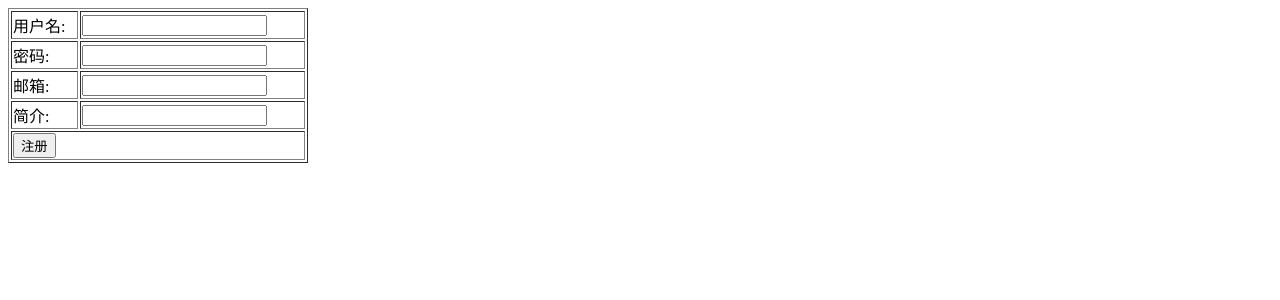
Repository: ChengqunYang/JAVA
Page: http://localhost/ajax/Demo03.jsp
These files come from the project's save history. The page is drawn as it stood at one moment and after the next save; the edit follows.
The browser window is 1280 px wide. The pictures show the whole page.
The page is served by Tomcat 9. Other server files are loaded and not shown.

Above is the page before, as saved 2019-04-22 10:33:11.

### ajax/WebContent/Demo03.jsp
<%@ page language="java" contentType="text/html; charset=UTF-8"
	pageEncoding="UTF-8"%>
<!DOCTYPE html PUBLIC "-//W3C//DTD HTML 4.01 Transitional//EN" "http://www.w3.org/TR/html4/loose.dtd">
<html>
<head>
<meta http-equiv="Content-Type" content="text/html; charset=UTF-8">
<title>Insert title here</title>
</head>
<body>
	<table border="1" width="300px">
		<tr>
			<td>用户名:</td>
			<td><input type="text" name=""></td>
		</tr>

		<tr>
			<td>密码:</td>
			<td><input type="password" name=""></td>
		</tr>

		<tr>
			<td>邮箱:</td>
			<td><input type="text" name=""></td>
		</tr>

		<tr>
			<td>简介:</td>
			<td><input type="text" name=""></td>
		</tr>

		<tr>
			<td colspan="2"><input type="submit" value="注册"></td>
		</tr>

	</table>

</body>
</html>

After the next save:
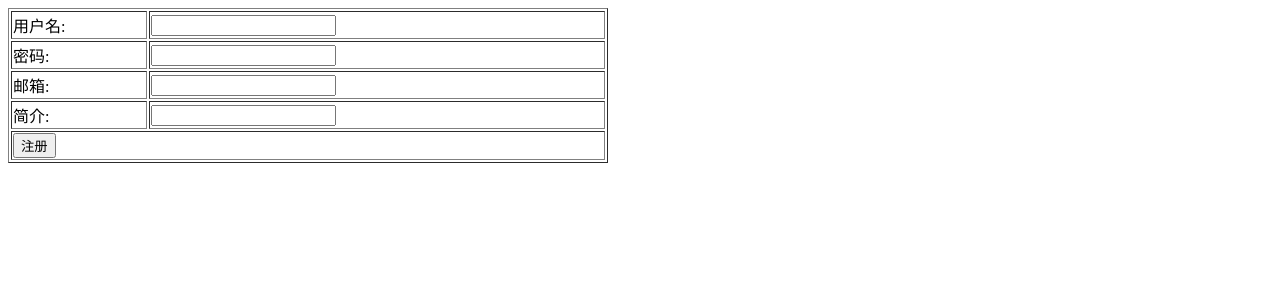
Saved 41 s later.
--- a/ajax/WebContent/Demo03.jsp
+++ b/ajax/WebContent/Demo03.jsp
@@ -7,7 +7,7 @@
 <title>Insert title here</title>
 </head>
 <body>
-	<table border="1" width="300px">
+	<table border="1" width="600px">
 		<tr>
 			<td>用户名:</td>
 			<td><input type="text" name=""></td>
